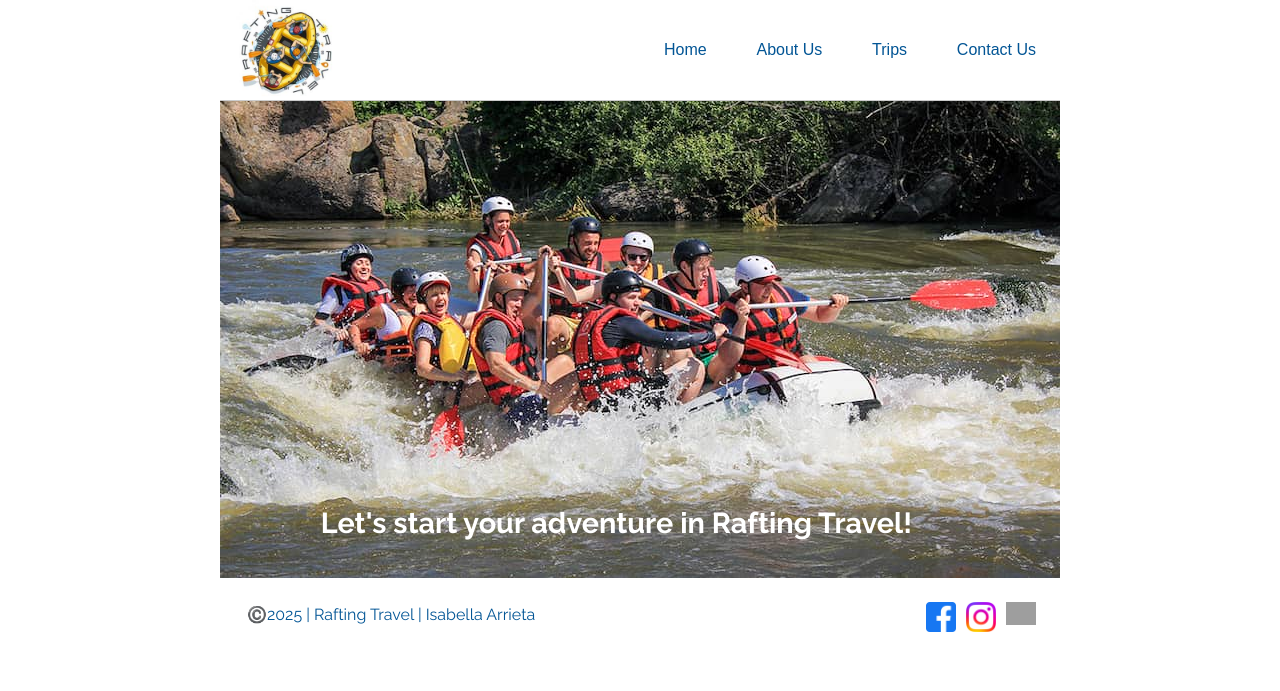
Repository: isaAJ05/wdd130
Page: wwr/index.html
These files come from the project's save history. The page is drawn as it stood at one moment and after the next save; the edit follows.
The browser window is 1280 px wide. The pictures show the whole page.
Pictures or frames that could not be fetched are drawn as grey boxes. Some web fonts or font styles are not loaded; a fallback is used.

Above is the page before, as saved 2025-06-16 20:16:42.

After the next save:
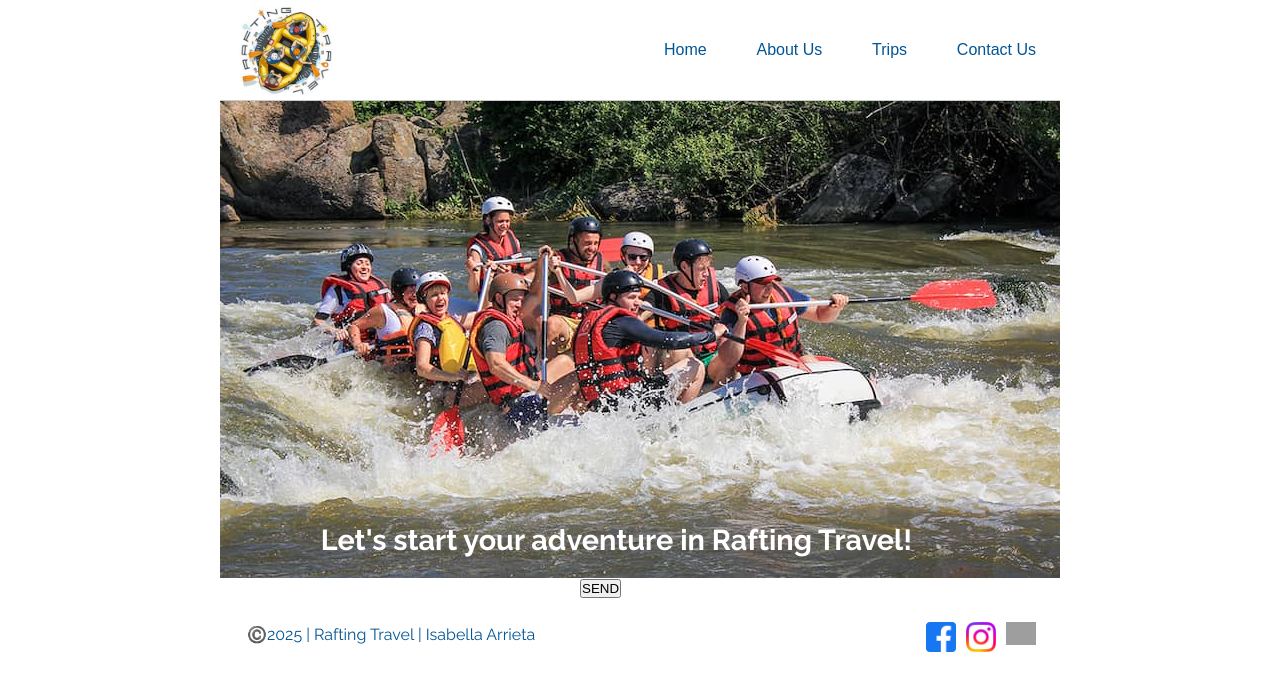
Saved 83 s later.
--- a/wwr/index.html
+++ b/wwr/index.html
@@ -25,6 +25,9 @@
         <div class="hero">
             <img src="images/rafting10_1024.jpg" alt="Rafting">
             <h1>Let's start your adventure in Rafting Travel!</h1>
+            <div class="send">
+            <button type="submit">SEND</button>
+        </div>
         </div>
         </main>
     <footer>
